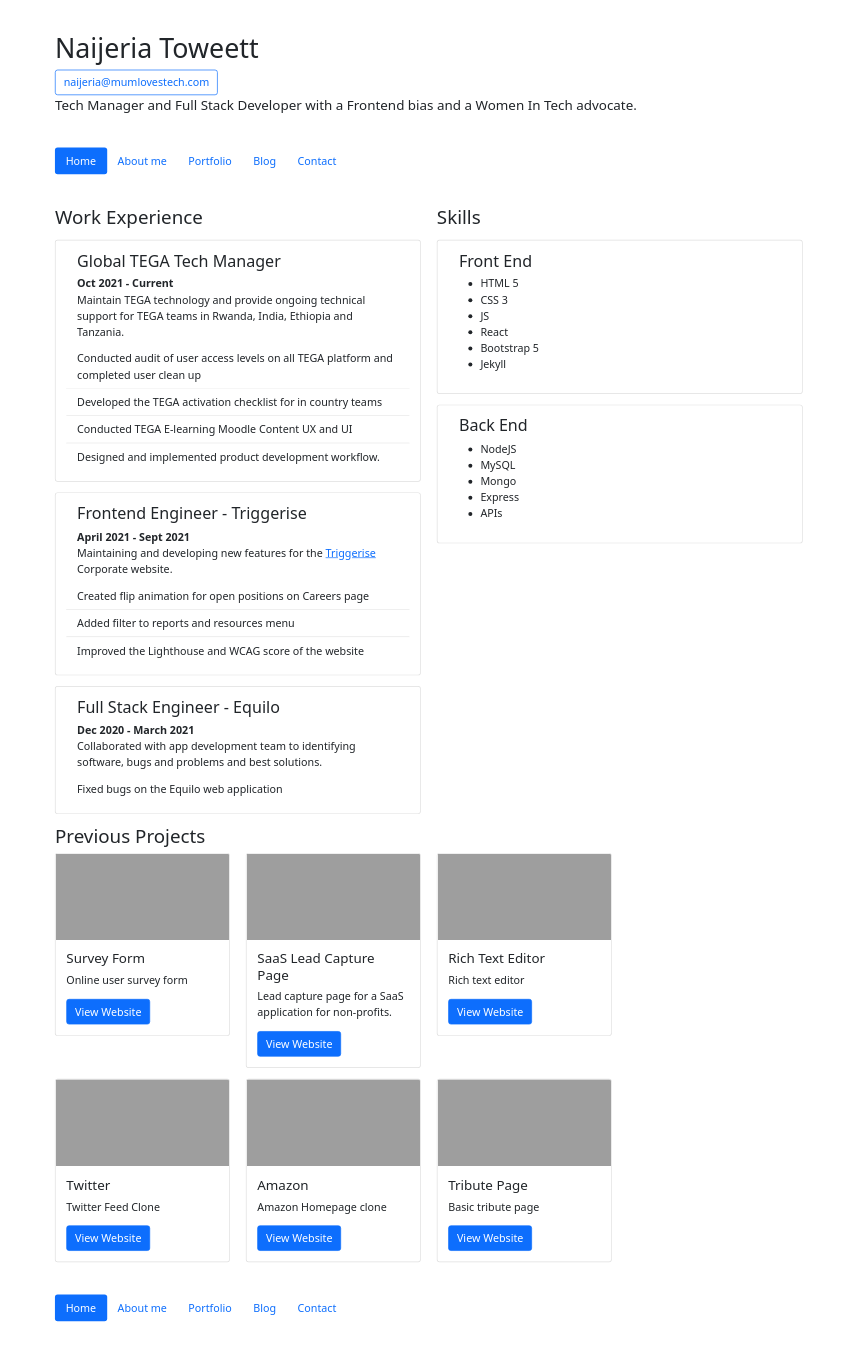
Repository: mamatechafrica/portfolio
Page: index.html
An editor plug-in stored every save of this project. The page is shown before and after the next save, followed by the edit.
The browser window is 1280 px wide. The pictures show the whole page, at 67% of full size.
Pictures or frames that could not be fetched are drawn as grey boxes.

Above is the page before, as saved 2022-01-05 09:03:20.

### index.html
<!doctype html>
<html lang="en">
    <head>
        <!-- Required meta tags -->
        <meta charset="utf-8">
        <meta name="viewport" content="width=device-width, initial-scale=1">

        <!-- Bootstrap CSS -->
        <link href="https://cdn.jsdelivr.net/npm/bootstrap@5.0.2/dist/css/bootstrap.min.css" rel="stylesheet" integrity="sha384-EVSTQN3/azprG1Anm3QDgpJLIm9Nao0Yz1ztcQTwFspd3yD65VohhpuuCOmLASjC" crossorigin="anonymous">

        <title>NashTheCoder portfolio</title>
    </head>
    <body>
        <div class="container my-5">
            <h1>Naijeria Toweett</h1>
            <a href="mailto:naijeria@mumlovestech.com" type="button" class="btn btn-outline-primary">
                naijeria@mumlovestech.com
            </a>
            <p class="lead">
                Tech Manager and Full Stack Developer with a Frontend bias and a Women In Tech advocate.
            </p>
        </div>

        <div class="container">
            <nav>
                <ul class="nav nav-pills ">
                    <li class="nav-item">
                        <a class="nav-link active" aria-current="page" href="#">Home</a>
                    </li>
                    <li class="nav-item">
                        <a class="nav-link" href="/about.html">About me</a>
                    </li>
                    <li class="nav-item">
                        <a class="nav-link" href="#">Portfolio</a>
                    </li>
                    <li class="nav-item">
                        <a class="nav-link" href="https://mumlovestech.com/" target="blank">Blog</a>
                    </li>
                    <li class="nav-item">
                        <a class="nav-link" href="#">Contact</a>
                    </li>
                </ul>
            </nav>
        </div>

        <div class="container mt-5">
            <div class="row">
                <div class="col">
                    <h3 class="mb-3">Work Experience</h3>
                        <div class="card mb-3">
                            <div class="card-body">
                                <div class="mx-3">
                                    <h4>Global TEGA Tech Manager</h4>
                                    <div>
                                        <strong>Oct 2021 - Current</strong>
                                    </div>
                                    Maintain TEGA technology and provide ongoing technical support for
                                    TEGA teams in Rwanda, India, Ethiopia and Tanzania.
                                </div>
                                    <ul class="list-group list-group-flush mt-2">
                                        <li class="list-group-item">Conducted audit of user access levels on all TEGA platform and completed user clean up</li>
                                        <li class="list-group-item">Developed the TEGA activation checklist for in country teams</li>
                                        <li class="list-group-item">Conducted TEGA E-learning Moodle Content UX and UI</li>
                                        <li class="list-group-item">Designed and implemented product development workflow.</li>
                                    </ul>
                            </div>
                        </div>
                        <div class="card mb-3">
                            <div class="card-body">
                                <div class="mx-3">
                                    <h4>Frontend Engineer - Triggerise</h4>
                                    <div>
                                        <strong>April 2021 - Sept 2021</strong>
                                    </div>
                                    Maintaining and developing new features for the <a href="https://triggerise.org/">Triggerise</a> Corporate website.
                                </div>
                                    <ul class="list-group list-group-flush mt-2">
                                        <li class="list-group-item">Created flip animation for open positions on Careers page</li>
                                        <li class="list-group-item">Added filter to reports and resources menu</li>
                                        <li class="list-group-item">Improved the Lighthouse and WCAG score of the website</li>
                                    </ul>
                            </div>
                        </div>
                        <div class="card mb-3">
                            <div class="card-body">
                                <div class="mx-3">
                                    <h4>Full Stack Engineer - Equilo</h4>
                                    <div>
                                        <strong>Dec 2020 - March 2021</strong>
                                    </div>
                                    Collaborated with app development team to identifying software, bugs and problems and best solutions.
                                </div>
                                    <ul class="list-group list-group-flush mt-2">
                                        <li class="list-group-item">Fixed bugs on the Equilo web application</li>
                                    </ul>
                            </div>
                        </div>
                </div>
                <div class="col">
                    <h3 class="mb-3">Skills</h3>
                    <div class="card mb-3">
                        <div class="card-body">
                            <div class="mx-3">
                                <h4>Front End</h4>
                                    <ul>
                                        <li>HTML 5</li>
                                        <li>CSS 3</li>
                                        <li>JS</li>
                                        <li>React</li>
                                        <li>Bootstrap 5</li>
                                        <li>Jekyll</li>
                                    </ul>
                            </div>
                        </div>
                    </div>
                    <div class="card mb-3">
                        <div class="card-body">
                            <div class="mx-3">
                                <h4>Back End</h4>
                                    <ul>
                                        <li>NodeJS</li>
                                        <li>MySQL</li>
                                        <li>Mongo</li>
                                        <li>Express</li>
                                        <li>APIs</li>
                                    </ul>
                            </div>
                        </div>
                    </div>
                </div>
            </div>
        </div>

        <div class="container">
            <h3>Previous Projects</h3>
            <div class="row mb-3">
                <div class="col-lg-3">
                    <div class="card m-b-3">
                        <img src="https://picsum.photos/400/200" alt="Survey Form" class="card-img-top">
                        <div class="card-body">
                            <h5 class="card-title">Survey Form</h5>
                            <p class="card-text">Online user survey form</p>
                            <div class="btn btn-primary">View Website</div>
                        </div>
                    </div>
                </div>
                <div class="col-lg-3">
                    <div class="card m-b-3">
                        <img src="https://picsum.photos/400/200" alt="Survey Form" class="card-img-top">
                        <div class="card-body">
                            <h5 class="card-title">SaaS Lead Capture Page</h5>
                            <p class="card-text">Lead capture page for a SaaS application for non-profits.</p>
                            <div class="btn btn-primary">View Website</div>
                        </div>
                    </div>
                </div>
                <div class="col-lg-3">
                    <div class="card m-b-3">
                        <img src="https://picsum.photos/400/200" alt="Survey Form" class="card-img-top">
                        <div class="card-body">
                            <h5 class="card-title">Rich Text Editor</h5>
                            <p class="card-text">Rich text editor</p>
                            <div class="btn btn-primary">View Website</div>
                        </div>
                    </div>
                </div>
            </div>
            <div class="row mb-3">
                <div class="col-lg-3">
                    <div class="card m-b-3">
                        <img src="https://picsum.photos/400/200" alt="Survey Form" class="card-img-top">
                        <div class="card-body">
                            <h5 class="card-title">Twitter</h5>
                            <p class="card-text">Twitter Feed Clone</p>
                            <div class="btn btn-primary">View Website</div>
                        </div>
                    </div>
                </div>
                <div class="col-lg-3">
                    <div class="card m-b-3">
                        <img src="https://picsum.photos/400/200" alt="Survey Form" class="card-img-top">
                        <div class="card-body">
                            <h5 class="card-title">Amazon</h5>
                            <p class="card-text">Amazon Homepage clone</p>
                            <div class="btn btn-primary">View Website</div>
                        </div>
                    </div>
                </div>
                <div class="col-lg-3">
                    <div class="card m-b-3">
                        <img src="https://picsum.photos/400/200" alt="Survey Form" class="card-img-top">
                        <div class="card-body">
                            <h5 class="card-title">Tribute Page</h5>
                            <p class="card-text">Basic tribute page</p>
                            <div class="btn btn-primary">View Website</div>
                        </div>
                    </div>
                </div>
            </div>
        </div>

        <div class="container my-5">
            <nav>
                <ul class="nav nav-pills">
                    <li class="nav-item">
                        <a class="nav-link active" aria-current="page" href="#">Home</a>
                    </li>
                    <li class="nav-item">
                        <a class="nav-link" href="/about.html">About me</a>
                    </li>
                    <li class="nav-item">
                        <a class="nav-link" href="#">Portfolio</a>
                    </li>
                    <li class="nav-item">
                        <a class="nav-link" href="https://mumlovestech.com/" target="blank">Blog</a>
                    </li>
                    <li class="nav-item">
                        <a class="nav-link" href="#">Contact</a>
                    </li>
                </ul>
            </nav>
        </div>

        <!-- Optional JavaScript; choose one of the two! -->

        <!-- Option 1: Bootstrap Bundle with Popper -->
        <script src="https://cdn.jsdelivr.net/npm/bootstrap@5.0.2/dist/js/bootstrap.bundle.min.js" integrity="sha384-MrcW6ZMFYlzcLA8Nl+NtUVF0sA7MsXsP1UyJoMp4YLEuNSfAP+JcXn/tWtIaxVXM" crossorigin="anonymous"></script>

        <!-- Option 2: Separate Popper and Bootstrap JS -->
        <!--
        <script src="https://cdn.jsdelivr.net/npm/@popperjs/core@2.9.2/dist/umd/popper.min.js" integrity="sha384-IQsoLXl5PILFhosVNubq5LC7Qb9DXgDA9i+tQ8Zj3iwWAwPtgFTxbJ8NT4GN1R8p" crossorigin="anonymous"></script>
        <script src="https://cdn.jsdelivr.net/npm/bootstrap@5.0.2/dist/js/bootstrap.min.js" integrity="sha384-cVKIPhGWiC2Al4u+LWgxfKTRIcfu0JTxR+EQDz/bgldoEyl4H0zUF0QKbrJ0EcQF" crossorigin="anonymous"></script>
        -->
    </body>
</html>

After the next save:
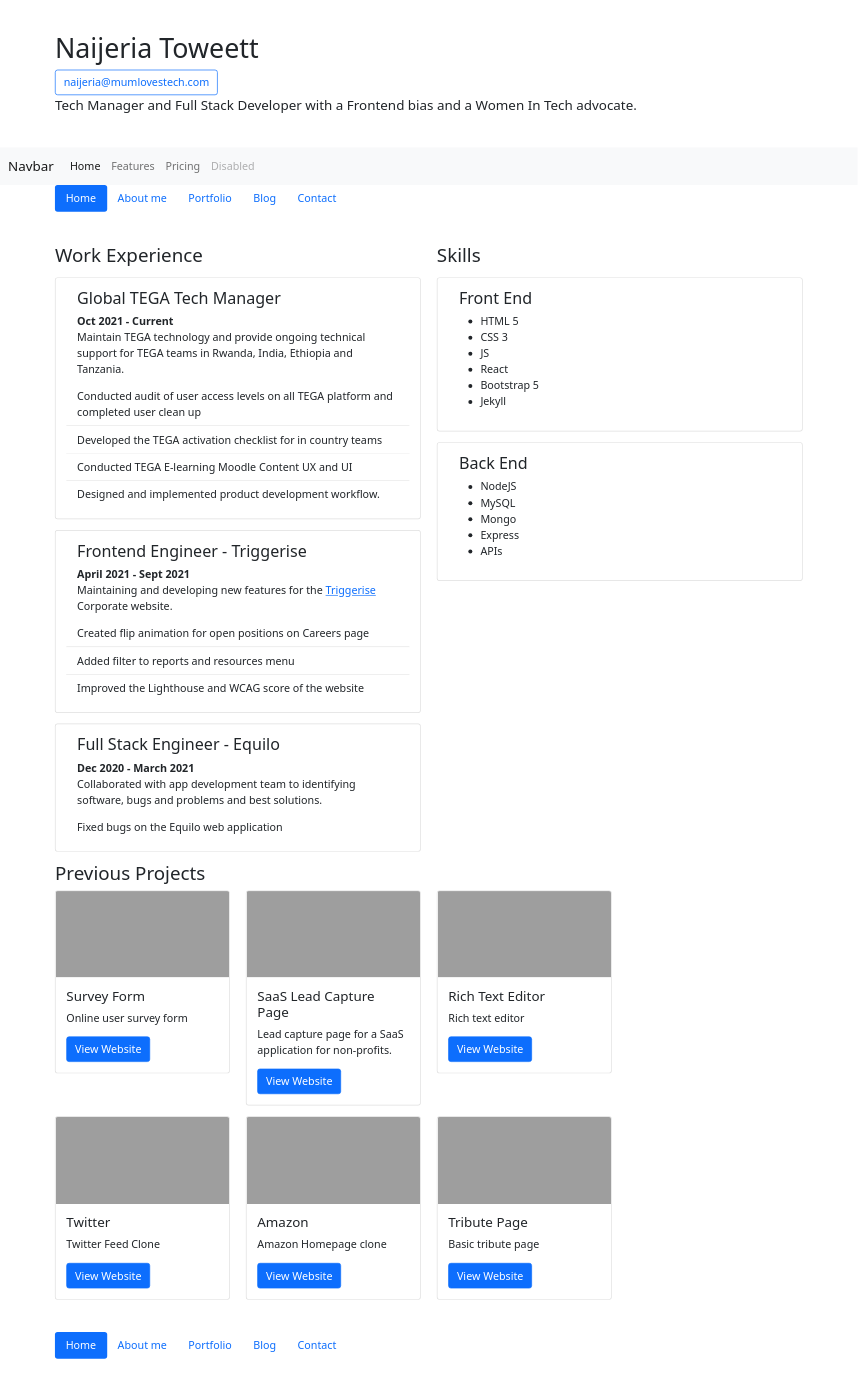
Saved 9 h 48 min later.
--- a/index.html
+++ b/index.html
@@ -20,7 +20,30 @@
                 Tech Manager and Full Stack Developer with a Frontend bias and a Women In Tech advocate.
             </p>
         </div>
-
+        <nav class="navbar navbar-expand-lg navbar-light bg-light">
+            <div class="container-fluid">
+              <a class="navbar-brand" href="#">Navbar</a>
+              <button class="navbar-toggler" type="button" data-bs-toggle="collapse" data-bs-target="#navbarNav" aria-controls="navbarNav" aria-expanded="false" aria-label="Toggle navigation">
+                <span class="navbar-toggler-icon"></span>
+              </button>
+              <div class="collapse navbar-collapse" id="navbarNav">
+                <ul class="navbar-nav">
+                  <li class="nav-item">
+                    <a class="nav-link active" aria-current="page" href="#">Home</a>
+                  </li>
+                  <li class="nav-item">
+                    <a class="nav-link" href="#">Features</a>
+                  </li>
+                  <li class="nav-item">
+                    <a class="nav-link" href="#">Pricing</a>
+                  </li>
+                  <li class="nav-item">
+                    <a class="nav-link disabled" href="#" tabindex="-1" aria-disabled="true">Disabled</a>
+                  </li>
+                </ul>
+              </div>
+            </div>
+          </nav>
         <div class="container">
             <nav>
                 <ul class="nav nav-pills ">
